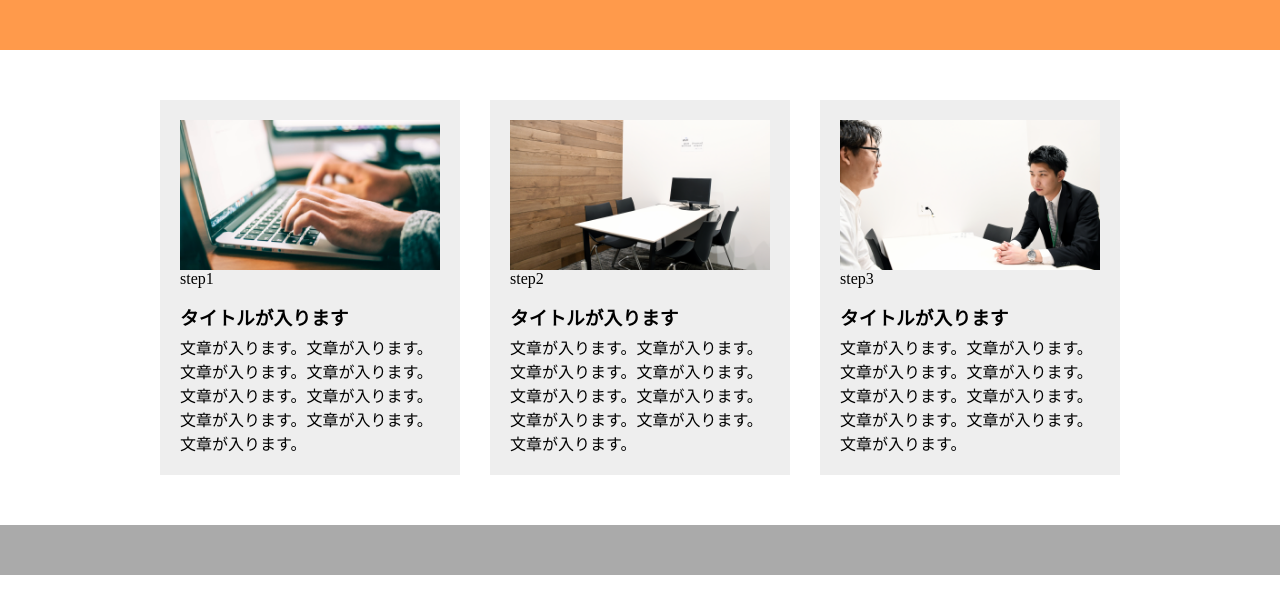
Repository: itoudaiki/git-practice
Page: k-10/k-10.html
The author's editor kept a record of every edit. The page is drawn from the files as they stood at one moment, then again after the next edit.
The browser window is 1280 px wide. The pictures show the whole page.

Above is the page before.

### k-10/k-10.html
<!DOCTYPE html>
<html lang="ja">
  <head>
    <meta charset="UTF-8" />
      <meta name="viewport" content="width=device-width,initial-scale=1.0">
    <title>10章課題</title>
    <link rel="stylesheet" href="k-10.css" />
  </head>
  <body>
    <header></header>
    <main>
      <div class="step-box">
        <div class="step-img1"></div>
        <span class="step-item">step1</span>
        <h3 class="title">タイトルが入ります</h3>
        <p class="text">
          文章が入ります。文章が入ります。文章が入ります。文章が入ります。文章が入ります。文章が入ります。文章が入ります。文章が入ります。文章が入ります。
        </p>
      </div>

      <div class="step-box">
        <div class="step-img2"></div>
        <span class="step-item">step2</span>
        <h3 class="title">タイトルが入ります</h3>
        <p class="text">
          文章が入ります。文章が入ります。文章が入ります。文章が入ります。文章が入ります。文章が入ります。文章が入ります。文章が入ります。文章が入ります。
        </p>
      </div>

      <div class="step-box">
        <div class="step-img3"></div>
        <span class="step-item">step3</span>
        <h3 class="title">タイトルが入ります</h3>
        <p class="text">
          文章が入ります。文章が入ります。文章が入ります。文章が入ります。文章が入ります。文章が入ります。文章が入ります。文章が入ります。文章が入ります。
        </p>
      </div>
    </main>
    <footer></footer>
  </body>
</html>

### k-10/k-10.css
* {
  margin:0;
  padding:0;
  box-sizing:border-box;
}

header {
  height: 50px;
  background-color: #ff9a4b;
}

main {
  width: 960px;
  margin: 50px auto;
  display: flex;
}

.step-box {
  width: 300px;
  margin-right: 30px;
  padding: 20px;
  position: relative;
  background-color: #eee;
}

.step-box:last-child {
  margin-right: 0;
}

.step-img1 {
  height: 150px;
  background-image: url(img/flow01.png);
  background-position: bottom;
  background-size: cover;
}

.step-img2 {
  height: 150px;
  background-image: url(img/flow02.png);
  background-position: bottom;
  background-size: cover;
}

.step-img3 {
  height: 150px;
  background-image: url(img/flow03.png);
  background-position: bottom;
  background-size: cover;
}

.step-num {
  position: absolute;
  top: 0;
  left: 0;
  background-color: #ff9a4b;
  color: #fff;
}

.title {
  margin: 15px 0 5px;
}

footer {
  height: 50px;
  background-color: #aaa;
}
@media screen and (max-width:768px){
  header{
    width:100%;
  }
  main {
    width:100%;
    display:block;
  }
  .step-box{
    width:90%;
    margin:5%;
  }

}

After the next edit:
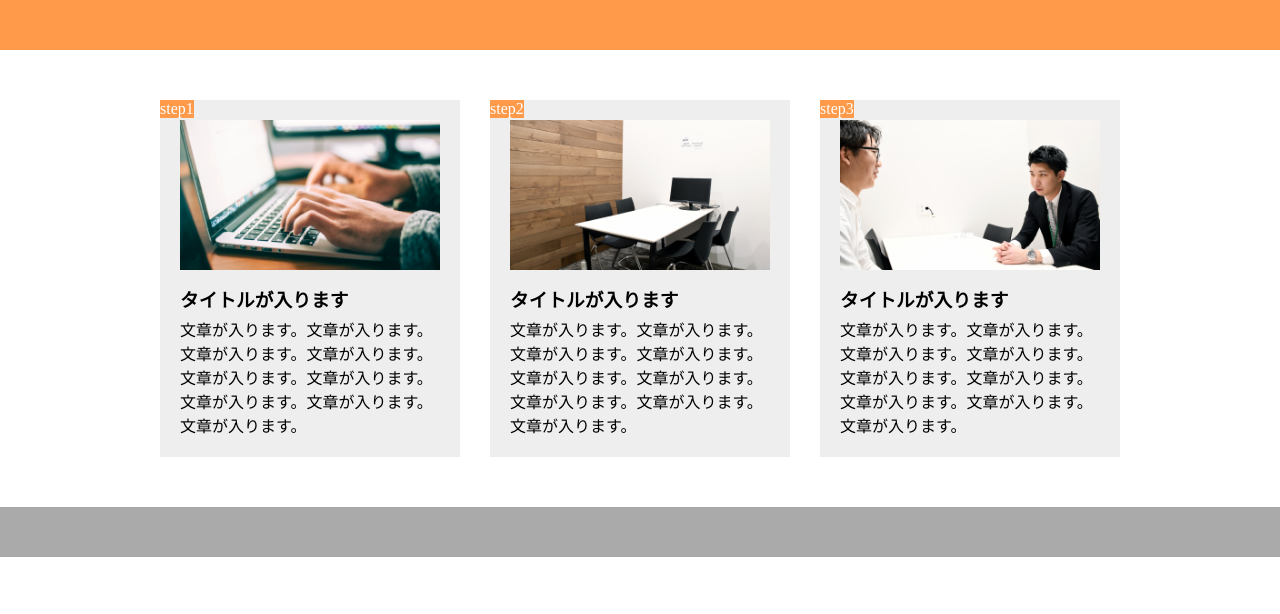
The edit:
--- a/k-10/k-10.css
+++ b/k-10/k-10.css
@@ -48,7 +48,7 @@
   background-size: cover;
 }
 
-.step-num {
+.step-item {
   position: absolute;
   top: 0;
   left: 0;
